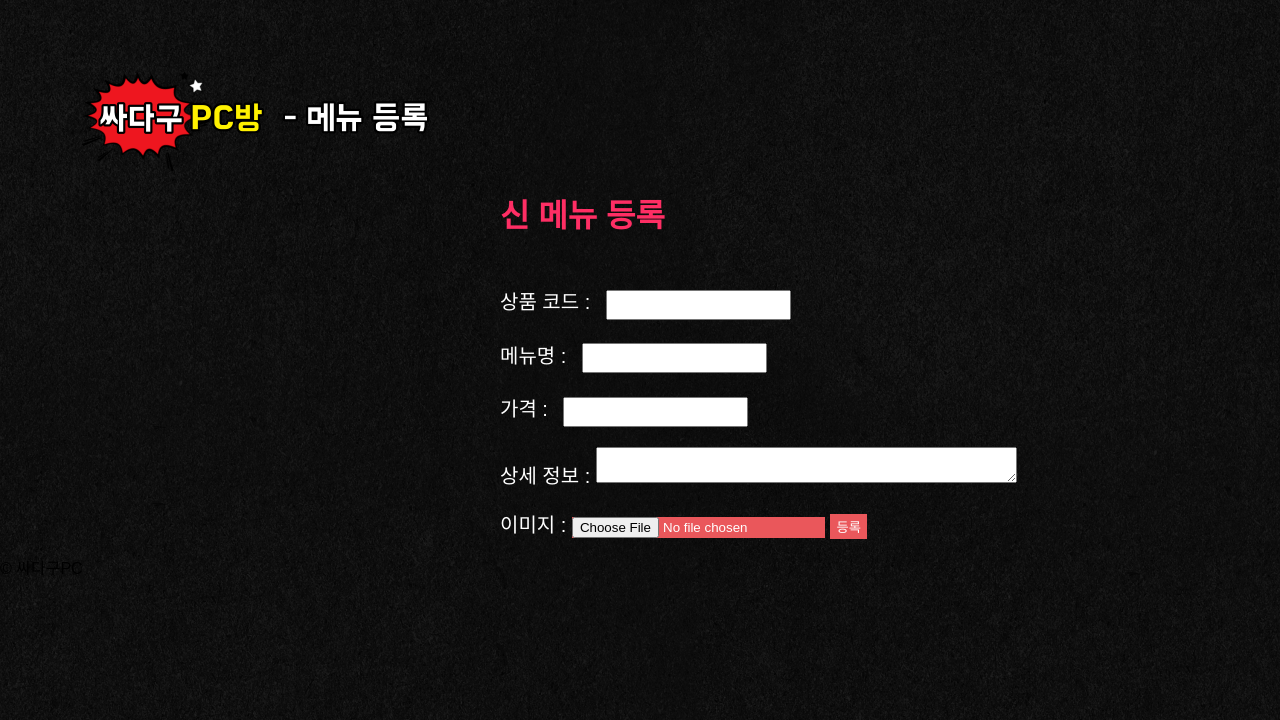
Repository: lkwoung/webProject-assignment
Page: http://localhost/CheapPC/addMenu.jsp
The author's editor kept a copy of each file at every save. The page is drawn from the files as they stood at one save, then again after the next save.
The browser window is 1280 px wide. The pictures show the whole page.
Some web fonts or font styles are not loaded; a fallback is used. The page is served by Tomcat 9. Other server files are loaded and not shown.

Above is the page before, as saved 2020-12-13 15:25:21.

### CheapPC/WebContent/addMenu.jsp
<%@ page contentType="text/html; charset=utf-8" %>
<html>

<head>
<link href="https://fonts.googleapis.com/earlyaccess/hanna.css" rel="stylesheet" type="text/css" />
<link rel="stylesheet" href="css/addMenu.css">
<title>메뉴 추가</title>
</head>
<body>
<div style="margin-top:190px; margin-left:500px;" >
<h1 style="color:#FE2E64; margin-bottom:50px;">신 메뉴 등록 </h1>
	<form name = "newProduct" action="./processAddBook.jsp" method = "post">
	<div style="color:#fff; font-size:20px;">
		<label >상품 코드  :</label>
			<input type="text" style="margin-left:10px; height:30px; margin-bottom:20px;"name="FoodId" class="form-control">
	</div>
<div style="color:#fff; font-size:20px;">
		<label >메뉴명  :</label>
			<input type="text" style="margin-left:10px; height:30px;margin-bottom:20px;"name="name" class="form-control">
	</div>

	<div style="color:#fff; font-size:20px;">
		<label >가격 : </label>

			<input type="text" style="margin-left:10px; height:30px; margin-bottom:20px;"name="price" class="form-control">

	</div>

	<div style="color:#fff; font-size:20px; margin-bottom:20px;" >
	<label >상세 정보 : </label>
	<textarea name = "description" cols="50" rows="2"></textarea>
	</div>


	<div style="color:#fff; font-size:20px;" >
		<label >이미지 : </label>

			<input type = "file" style="background:#EA575B; color:#fff;border:none; font-family:'Hanna', sans-serif;" name="productImage" class="form-control">
			<input type="submit" style="background:#EA575B; height: 25px; color:#fff;border:none; font-family:'Hanna', sans-serif;" name="btn btn-primary" value="등록">
	</div>





	</form>
</div>



<footer class="container">
<p>&copy; 싸다구PC</p>
</footer>
</body>

</html>

### CheapPC/WebContent/css/addMenu.css
body
{
	background: url(image/menu.png) no-repeat center center fixed;
	-webkit-background-size: cover;
	-moz-background-size: cover;
	-o-background-size: cover;
	background-size: cover;
    margin: 0;
    font-size: 16px;
    font-family:'Hanna', sans-serif;
    -webkit-font-smoothing: antialiased;
}

After the next save:
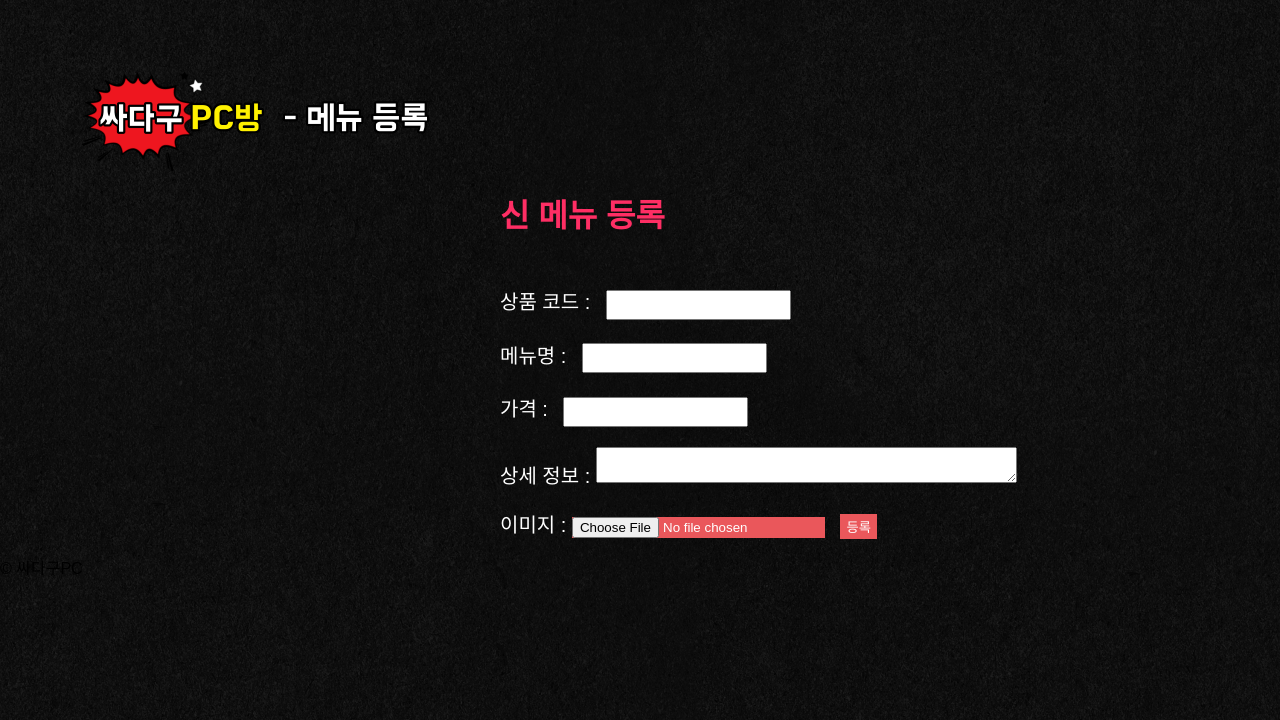
Saved 14 s later.
--- a/CheapPC/WebContent/addMenu.jsp
+++ b/CheapPC/WebContent/addMenu.jsp
@@ -36,7 +36,7 @@
 		<label >이미지 : </label>
 
 			<input type = "file" style="background:#EA575B; color:#fff;border:none; font-family:'Hanna', sans-serif;" name="productImage" class="form-control">
-			<input type="submit" style="background:#EA575B; height: 25px; color:#fff;border:none; font-family:'Hanna', sans-serif;" name="btn btn-primary" value="등록">
+			<input type="submit" style="background:#EA575B; margin-left: 10px;height: 25px; color:#fff;border:none; font-family:'Hanna', sans-serif;" name="btn btn-primary" value="등록">
 	</div>
 
 
